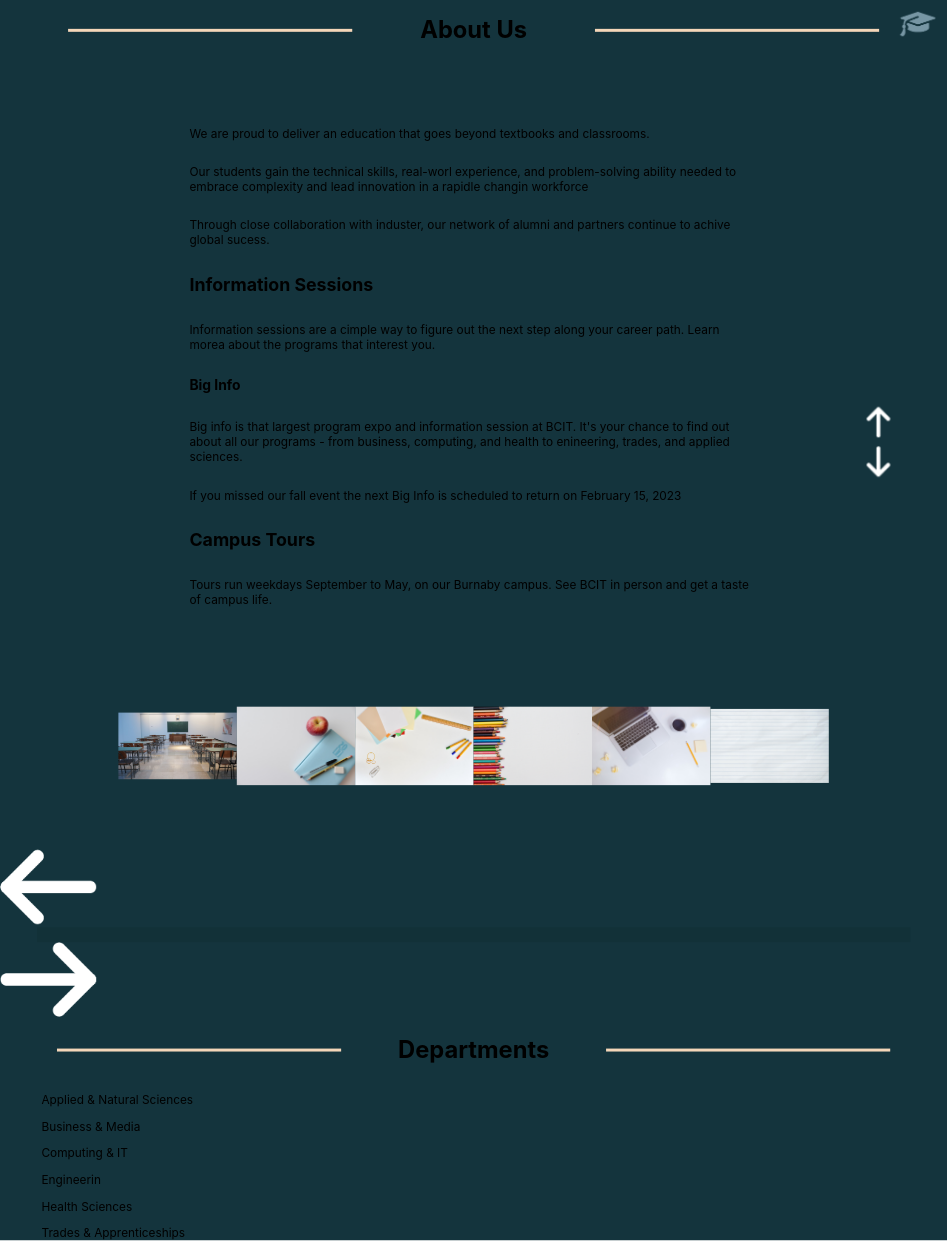
Repository: SaraShio/A01314209_Sara_Shiojima
Page: /about
The author's editor kept a copy of each file at every save. The page is drawn from the files as they stood at one save, then again after the next save.
The browser window is 1280 px wide. The pictures show the whole page, at 74% of full size.
The project was rebuilt for these pictures with package versions that can differ from the ones it lists, and the page was loaded fresh each time. The framework's server and built-in components were replaced by stand-ins that run in the browser. Also part of the build but not shown: next.config.js.

Above is the page before, as saved 2023-02-08 22:23:22.

After the next save:
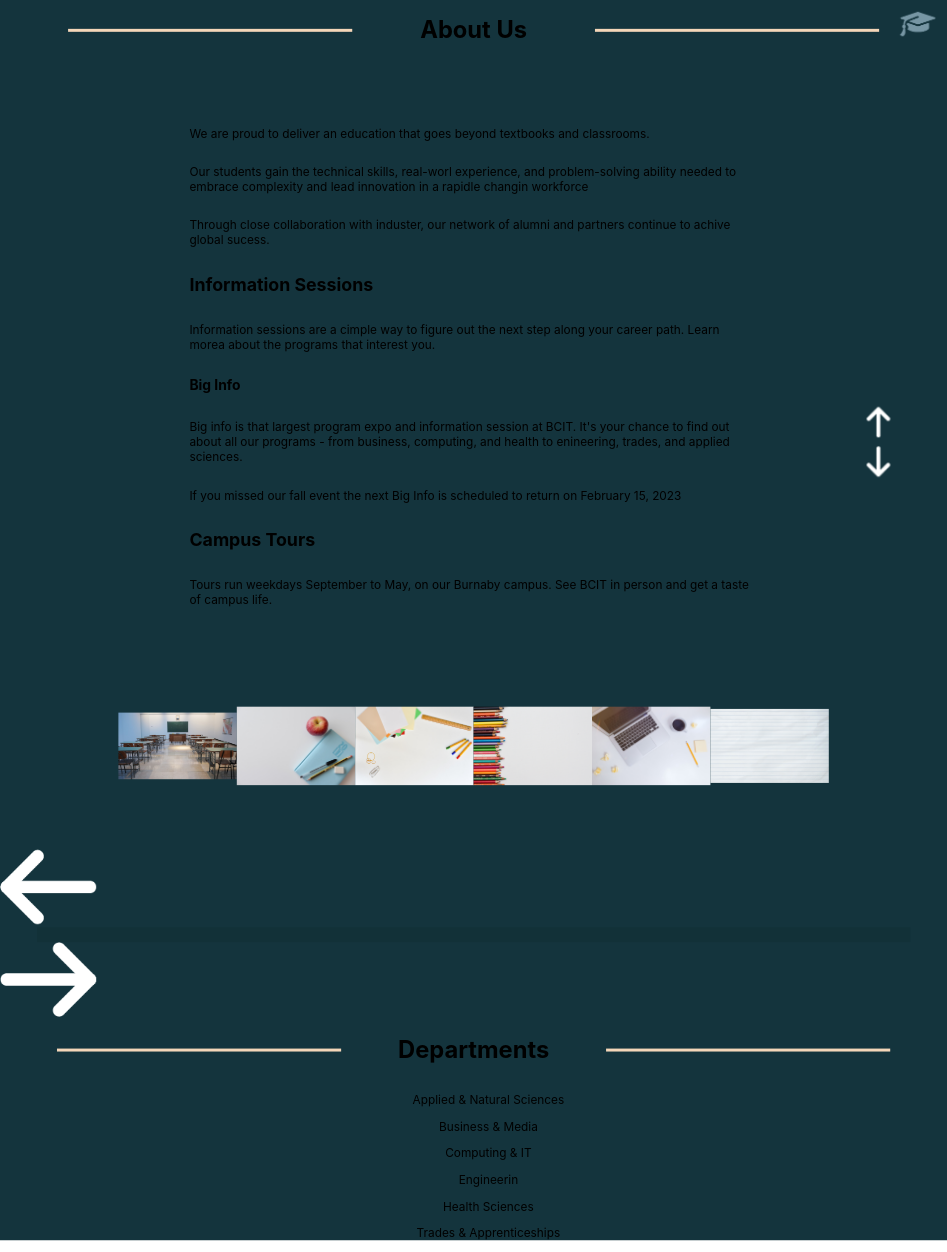
Saved 16 s later.
--- a/styles/About.module.css
+++ b/styles/About.module.css
@@ -51,6 +51,10 @@
 }
 
 .departmentName>li{
+    display: flex;
+    flex-direction: row;
+    align-items: center;
+    justify-content: center;
     list-style: none;
     margin: 1rem;
 }

After the 5 saves that followed:
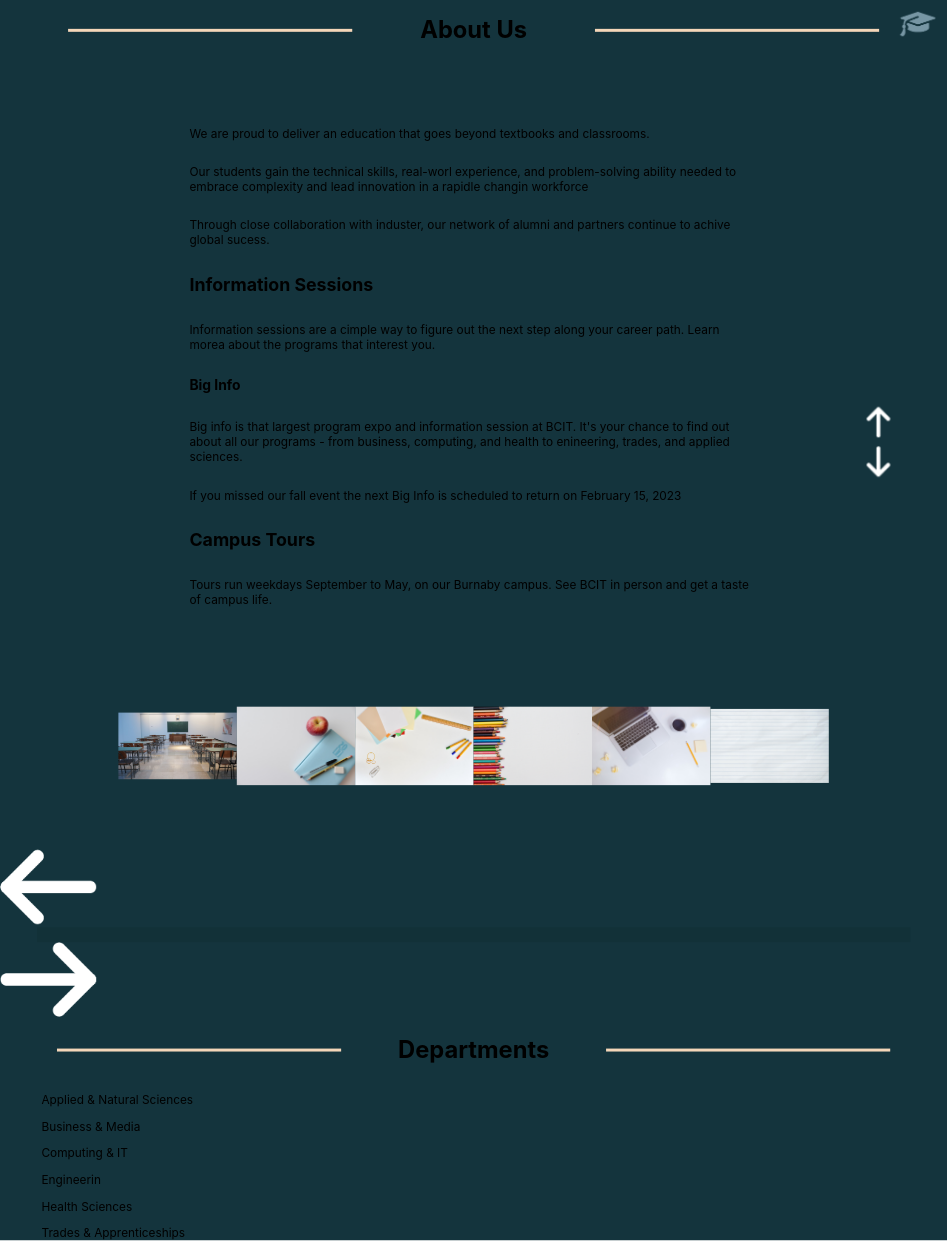
The 5 saves are shown as one change because 2 left the picture as it was and some came seconds apart.
The last was saved 4 min 22 s later.
--- a/styles/About.module.css
+++ b/styles/About.module.css
@@ -51,10 +51,10 @@
 }
 
 .departmentName>li{
-    display: flex;
+     display: flex;
     flex-direction: row;
     align-items: center;
-    justify-content: center;
+    justify-content: left;
     list-style: none;
     margin: 1rem;
 }
